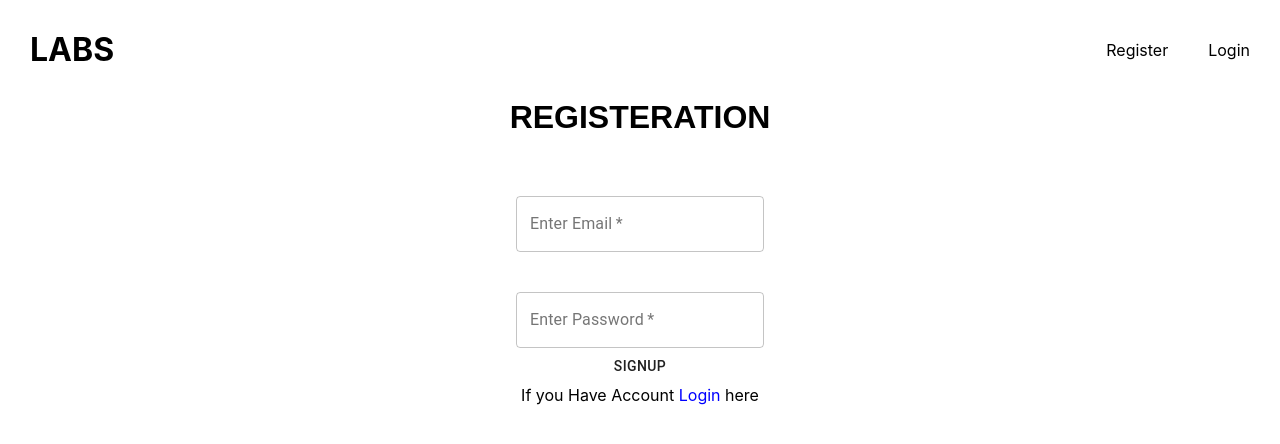
Repository: Prafullkuma/labsdata
Page: /signup
An editor plug-in stored every save of this project. The page is shown before and after a run of saves, followed by the edit.
The browser window is 1280 px wide. The pictures show the whole page.
The project was rebuilt for these pictures with package versions that can differ from the ones it lists, and the page was loaded fresh each time. Also part of the build but not shown: src/Component/Admin.css, src/Component/Details/details.css, src/Component/Student/addstudent.css, src/Component/Student/Addstudent.js, src/Component/Student/ViewData/ViewData.css, src/Component/Student/ViewData/ViewStudentData.js, src/Component/Student/ViewStudent.js, src/Component/Details/Details.js and 3 more.

Above is the page before, as saved 2020-08-27 10:00:30.

### src/App.js
import React from 'react';
import './App.css';
import Nav from './Component/Nav'
import Admin from './Component/Admin'
import Main from './Component/Main'
import Login from './Auth/Login'
import Signup from './Auth/Signup'
import { BrowserRouter as Router, Route } from 'react-router-dom'
function App() {
  return (
    <div className="App">
      <Router>
        <Nav />
        <Route path="/signup" component={Signup} />
        <Route path="/login" component={Login} />
        <Route path="/admin" component={Admin} />
        <Route exact path="/" component={Main} />
      </Router>
    </div>
  );
}

export default App;

### src/Component/Nav.js
import React, { useState } from 'react'
import './Nav.css'
import { Link } from 'react-router-dom'
import { auth } from '../firebase'

function Nav() {
    const [user, setUser] = useState(false)
    const logoutHandler = (e) => {
        e.preventDefault()
        auth.signOut()
    }
    auth.onAuthStateChanged(_user => {
        if (_user) {
            console.log(_user.email)
            setUser(user)
        }
    })

    return (
        <div className="Navbar">
            <h1> <Link to="/"> LABS</Link></h1>
            <ul>
                {user.email === "prafull@gmail.com" ?
                    <li style={{ display: 'block' }} onClick={logoutHandler}><Link to="/" >Logout</Link>
                    </li>
                    :
                    <div style={{ display: 'block' }}>
                        <li><Link to="/signup"> Register</Link></li>
                        <li><Link to="/login">Login</Link></li>
                    </div>

                }

            </ul>
        </div>
    )
}

export default Nav

### src/Auth/Signup.js
import React, { useState } from 'react'
import { TextField, Button } from '@material-ui/core'
import { Link } from 'react-router-dom'
import './signup.css'
import { auth } from '../firebase'
function Signup() {
    const [email, setEmail] = useState('')
    const [password, setPasswod] = useState('')
    const [error, setError] = useState('')
    const signupHandler = (e) => {
        e.preventDefault()
        const _email = email
        const _password = password
        console.log(_email, _password)
        auth.createUserWithEmailAndPassword(_email, _password)
            .then(cred => console.log(cred))
            .catch((error) => {
                setError(error.message)
            })
    }
    return (
        <div className="register">
            <h1>Registeration</h1>
            <form>
                <p>{error}</p>
                <br />
                <br />
                <TextField id="outlined-basic"
                    type="email"
                    required
                    value={email}
                    onChange={e => setEmail(e.target.value)}
                    label="Enter Email"
                    variant="outlined"
                />
                <br />
                <br />
                <br />
                <TextField
                    value={password}
                    onChange={e => setPasswod(e.target.value)}
                    id="outlined-basic"
                    type="password"
                    required label="Enter Password"
                    variant="outlined" />
                <br />
                <Button onClick={signupHandler}> Signup</Button>
                <br />
                <p>If you Have Account <Link to="/login" style={{ color: 'blue' }}>Login</Link> here</p>
            </form>

        </div>
    )
}

export default Signup

### src/Component/Nav.css
.Navbar{
    padding: 30px;
    display: flex;
    justify-content: space-between;
    align-items: center;

}
a{
    text-decoration: none;
    color:black;
    }
ul,li{
    list-style: none;
    float: left;
    margin-left: 40px;
}

### src/firebase.js
import firebase from 'firebase'

import 'firebase/firestore'
import 'firebase/auth'

var firebaseConfig = {
    apiKey: "AIzaSyDBjwEIOoHjkS1sD05WaYhi0mxlrS6cIds",
    authDomain: "labsdata-13bd9.firebaseapp.com",
    databaseURL: "https://labsdata-13bd9.firebaseio.com",
    projectId: "labsdata-13bd9",
    storageBucket: "labsdata-13bd9.appspot.com",
    messagingSenderId: "673732582527",
    appId: "1:673732582527:web:3f4a8688ae38e1fa14f34a",
    measurementId: "G-1QEVCBTCNL"
};
// Initialize Firebase
const data = firebase.initializeApp(firebaseConfig);
const db = data.firestore()
const auth = data.auth()

export { db, auth, firebase as default }

### src/Auth/signup.css
.register{
    text-align: center;
}
.register h1{
    text-transform: uppercase;
    font-family: sans-serif;
    margin-bottom: 20px;
}
#outlined-basic{
}

Loaded but not shown: public/index.html (common file); src/index.js (common file); src/index.css (common file); src/serviceWorker.js (common file); src/App.css (common file); src/Component/Main.css (no stored copy; drawn as an empty file); src/Component/Student/viewstudent.css (no stored copy; drawn as an empty file)

After the next 3 saves:
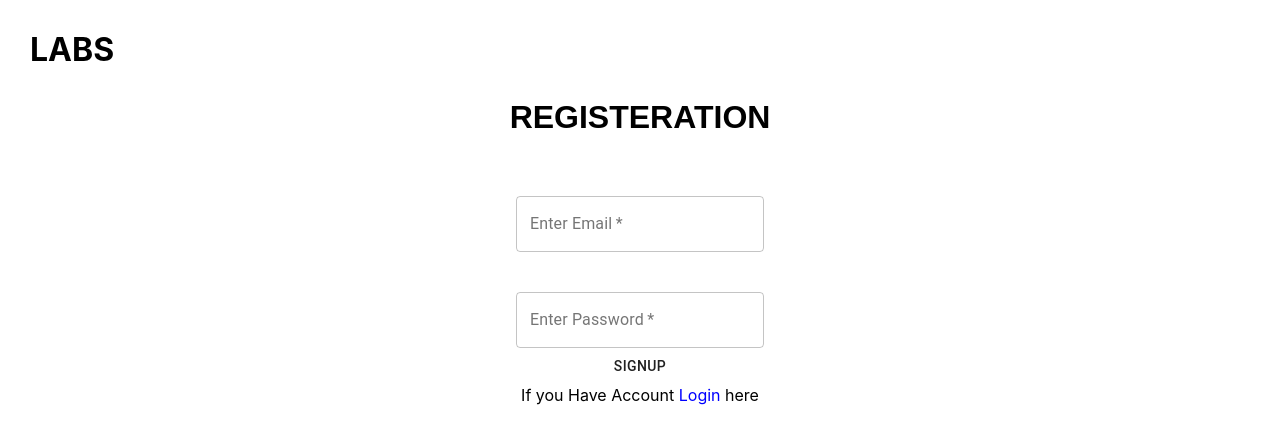
The 3 saves are shown as one change because 2 did not build or start.
The last was saved 4 min 28 s later.
--- a/src/Component/Nav.js
+++ b/src/Component/Nav.js
@@ -15,7 +15,6 @@
             setUser(user)
         }
     })
-
     return (
         <div className="Navbar">
             <h1> <Link to="/"> LABS</Link></h1>
@@ -24,7 +23,7 @@
                     <li style={{ display: 'block' }} onClick={logoutHandler}><Link to="/" >Logout</Link>
                     </li>
                     :
-                    <div style={{ display: 'block' }}>
+                    <div style={{ display: 'none' }}>
                         <li><Link to="/signup"> Register</Link></li>
                         <li><Link to="/login">Login</Link></li>
                     </div>

After the 3 saves that followed:
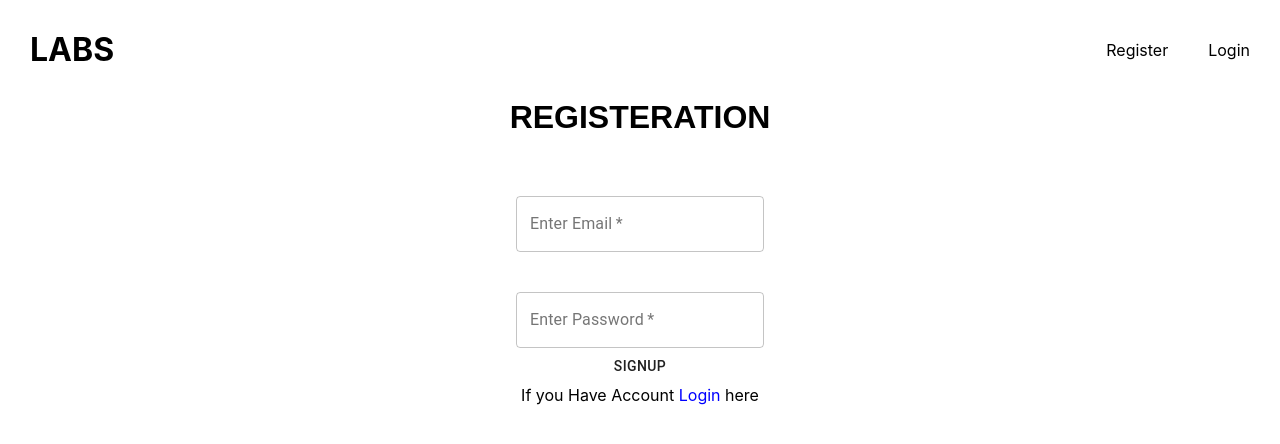
The 3 saves are shown as one change because 2 left the picture as it was.
The last was saved 87 s later.
--- a/src/Component/Nav.js
+++ b/src/Component/Nav.js
@@ -19,11 +19,11 @@
         <div className="Navbar">
             <h1> <Link to="/"> LABS</Link></h1>
             <ul>
-                {user.email === "prafull@gmail.com" ?
+                {user.email ?
                     <li style={{ display: 'block' }} onClick={logoutHandler}><Link to="/" >Logout</Link>
                     </li>
                     :
-                    <div style={{ display: 'none' }}>
+                    <div style={{ display: 'block' }}>
                         <li><Link to="/signup"> Register</Link></li>
                         <li><Link to="/login">Login</Link></li>
                     </div>
